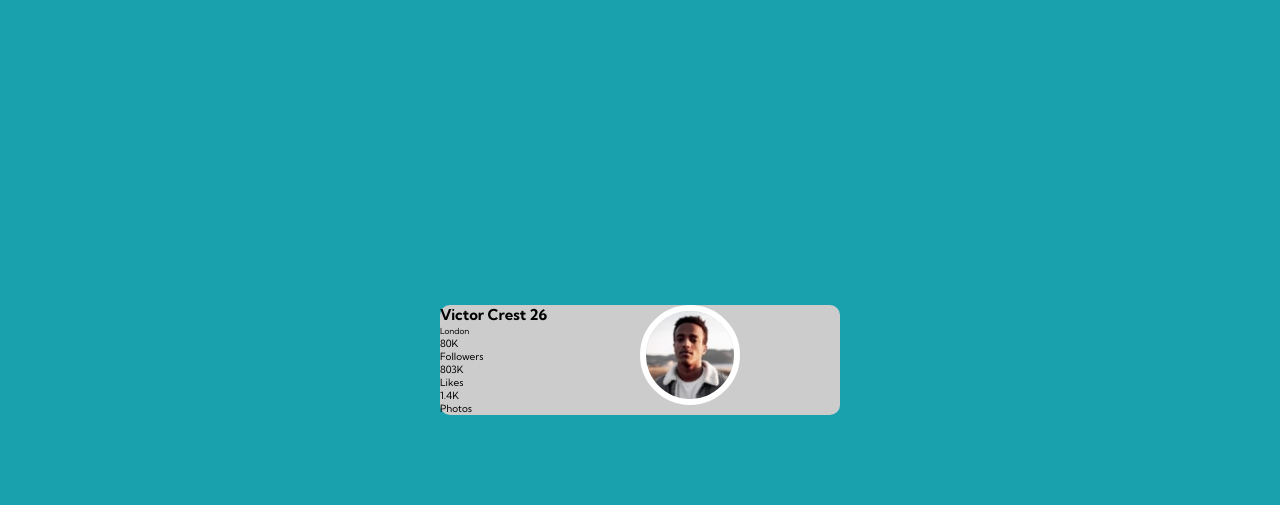
Repository: thaibaocoder1/profile-card-component-main
Page: index.html
These files come from the project's save history. The page is drawn as it stood at one moment and after the next save; the edit follows.
The browser window is 1280 px wide. The pictures show the whole page.

Above is the page before, as saved 2023-01-11 13:32:12.

### index.html
<!DOCTYPE html>
<html lang="en">
<head>
  <meta charset="UTF-8">
  <meta name="viewport" content="width=device-width, initial-scale=1.0">
  <link rel="icon" type="image/png" sizes="32x32" href="./images/favicon-32x32.png">
  <title>Frontend Mentor | Profile card component</title>
  <link rel="stylesheet" href="./style.css">
  <!-- Feel free to remove these styles or customise in your own stylesheet 👍 -->
  <style>
    .attribution { font-size: 11px; text-align: center; }
    .attribution a { color: hsl(228, 45%, 44%); }
  </style>
</head>
<body>
  <main class="card">
    <section class="card__top">
      <img src="./images/image-victor.jpg" alt="">
    </section>
    <section class="card__bottom">
      <h1 class="card__bottom--heading">Victor Crest <span>26</span></h1>
      <small class="card__bottom--address">London</small>
      <hr>
      <div class="card__bottom--socials">
        <div class="card__bottom--item">
          <p>80K</p>
          <span>Followers</span>
        </div>
        <div class="card__bottom--item">
          <p>803K</p>
          <span>Likes</span>
        </div>
        <div class="card__bottom--item">
          <p>1.4K</p>
          <span>Photos</span>
        </div>
      </div>
    </section>
  </main>
  <!-- <div class="attribution">
    Challenge by <a href="https://www.frontendmentor.io?ref=challenge" target="_blank">Frontend Mentor</a>.
    Coded by <a href="#">Your Name Here</a>.
  </div> -->
</body>
</html>

### style.css
@import url('https://fonts.googleapis.com/css2?family=Kumbh+Sans:wght@400;700&display=swap');
* {
    margin: 0;
    padding: 0;
    box-sizing: border-box;
    border: none;
    outline: none;
}
html {
    font-size: 62.5%;
}
body {
    text-rendering: optimizeLegibility;
    scroll-behavior: smooth;
    font-family: 'Kumbh Sans', sans-serif;
    display: flex;
    align-items: center;
    justify-content: center;
    background-color: var(--dark-cyan);
    height: calc(100vh - 1px)
}
:root {
    --dark-cyan: hsl(185, 75%, 39%);
    --very-dark-blue: hsl(229, 23%, 23%);
    --dark-blue: hsl(227, 10%, 46%);
    --dark-grey: hsl(0, 0%, 59%);
}
.card {
    width: 400px;
    background-color: #ccc;
    border-radius: 1rem;
}
.card__top {
    width: 100%;
    height: 40%;
    background-color: cyan;
    position: relative;
}
.card__top img {
    width: 10rem;
    height: 10rem;
    border-radius: 50%;
    object-fit: cover;
    border: 6px solid #fff;
    display: block;
    position: absolute;
    left: 50%;
    top: 50%;
}

After the next save:
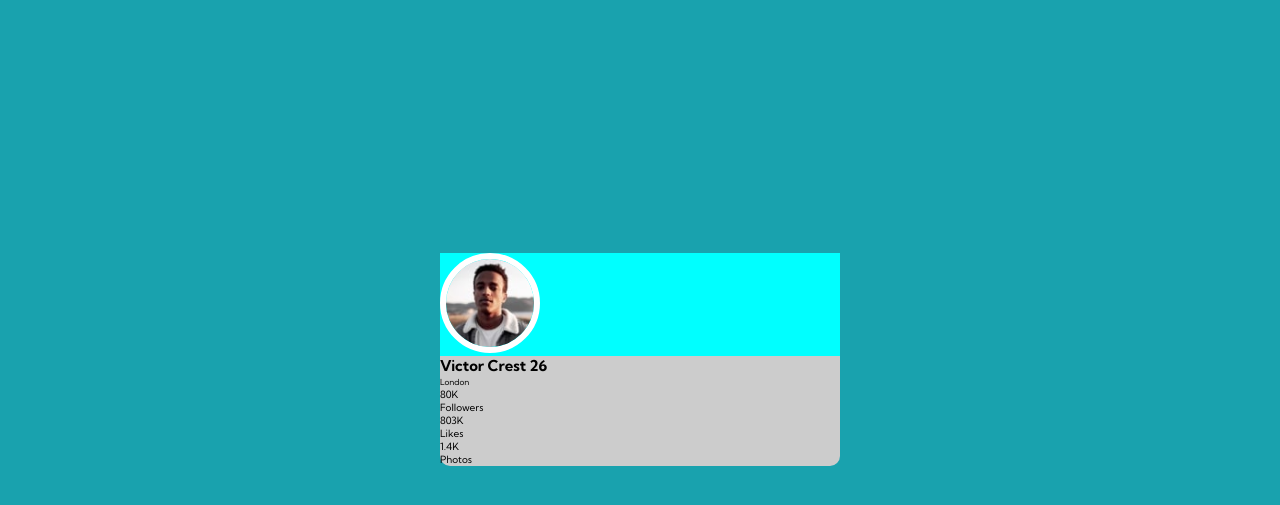
Saved 4 s later.
--- a/style.css
+++ b/style.css
@@ -42,8 +42,4 @@ body {
     border-radius: 50%;
     object-fit: cover;
     border: 6px solid #fff;
-    display: block;
-    position: absolute;
-    left: 50%;
-    top: 50%;
 }
